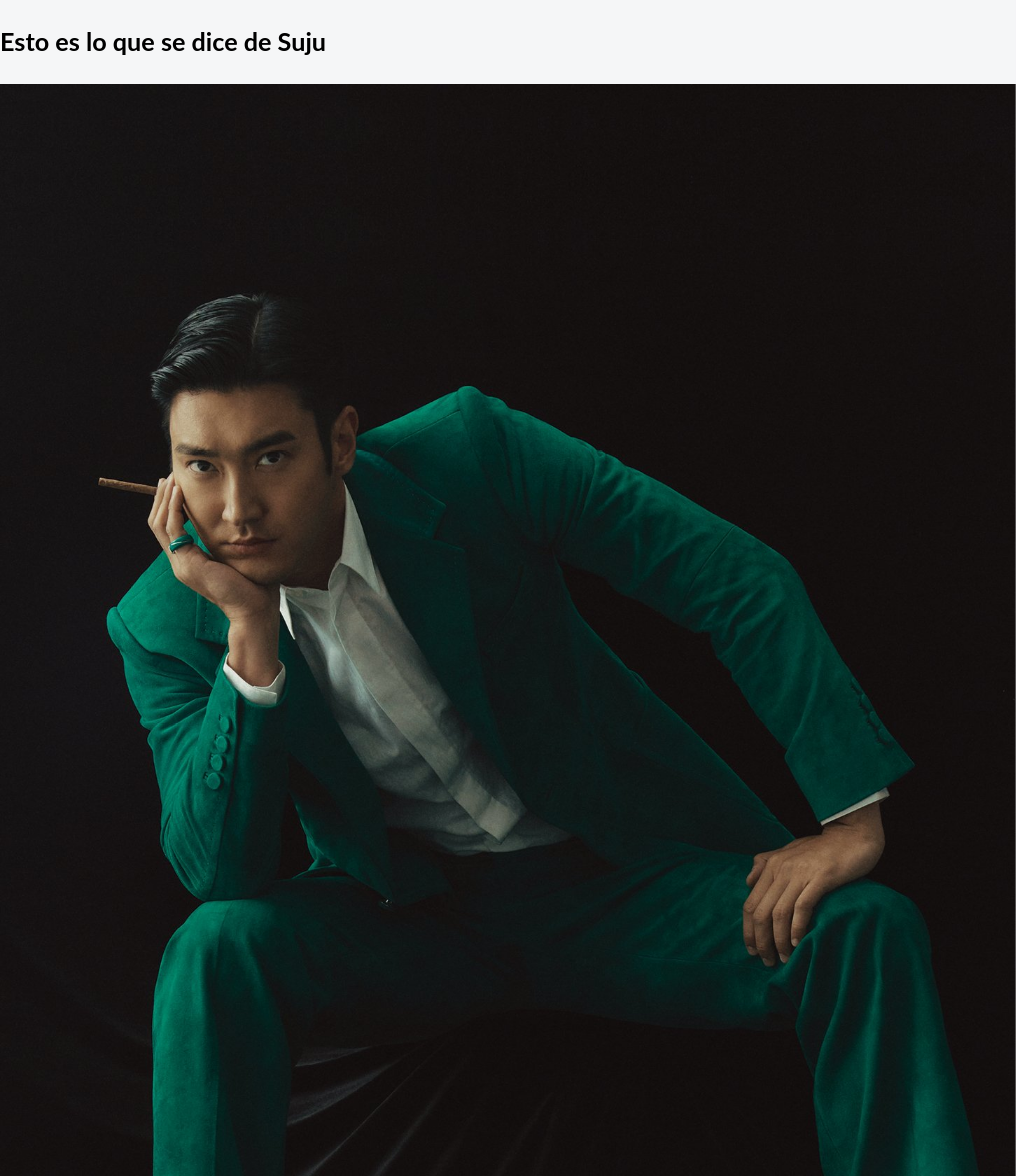
Repository: AleAedo/ReactProyectos1
Page: / (app in testimonios/)
The author's editor kept a copy of each file at every save. The page is drawn from the files as they stood at one save, then again after the next save.
The browser window is 1280 px wide. The page is 1451 px wide, then 1366 px, so the pictures cover 1451 px, including what lies to the right of the window. The pictures show the part of the page from y = 0 to 1680 px (the page is 2312 px tall), at 70% of full size.
The project was rebuilt for these pictures with package versions that can differ from the ones it lists, and the page was loaded fresh each time.

Above is the page before, as saved 2022-08-09 20:02:18.

### testimonios/src/App.js
import logo from './logo.svg';
import './App.css';
import Testimonio from './componentes/Testimonio';

function App() {
  return (
    <div className="App">
      <div className='contenedor-principal'>
        <h1>Esto es lo que se dice de Suju</h1>
      <Testimonio/>
      </div>

    </div>
  );
}

export default App;

### testimonios/src/App.css
* {
   margin: 0;
   padding: 0;
  }
  html,
  body {
    font-size: 18px;
    background-color: #f5f6f7;
  }
  h1 {
    max-width: 940px;
    font-size: 2,5 em;
    font-family: Lato, sans-serif;
    font-weight: 700;
    line-height: 1.1;
    margin: 40PX 0;
  }

### testimonios/src/componentes/Testimonio.js
import React from "react";

function Testimonio() {
    return  (
      <div className='contenedor-testimonio'>
      <img
      className='imagen-testimonio'
      src={require('../imagenes/testimonio-siwon.jpg') }
      alt='Foto de siwon'/>
      <div className='contenedor-texto-testimonio'>
        <p className='nombre-testimonio'> Siwon en Revista</p>
        <p className='cargo-testimonio'> Modelo de Grupo</p>
        <p className='texto-testimonio'> le va bien en la revista xxxx quién no la tiene?   </p>
      </div>
      </div>
    );
}
export default Testimonio;

Loaded but not shown: testimonios/public/index.html (common file); testimonios/src/index.js (common file); testimonios/src/index.css (common file)

After the next save:
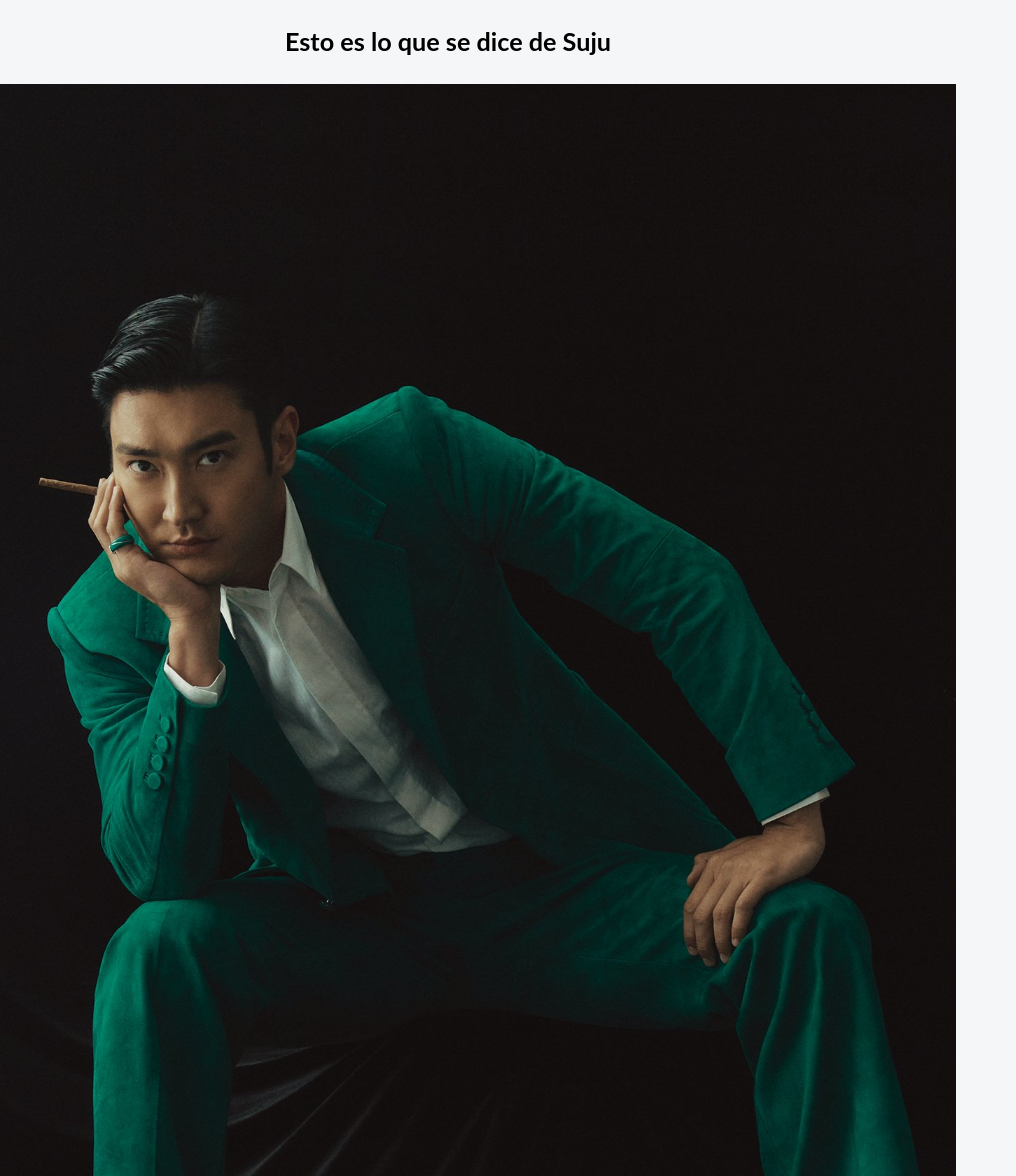
Saved 9 min 24 s later.
--- a/testimonios/src/App.css
+++ b/testimonios/src/App.css
@@ -15,3 +15,18 @@
     line-height: 1.1;
     margin: 40PX 0;
   }
+  .App {
+    min-height: 100vh;
+    display: flex;
+    flex-wrap: wrap;
+    align-items: center;
+    justify-content: center;
+    text-align: center;
+  }
+  .contenedor-principal {
+    min-height: 600px;
+    display: flex;
+    flex-wrap: wrap;
+    align-items: center;
+    justify-content: center;
+  }
